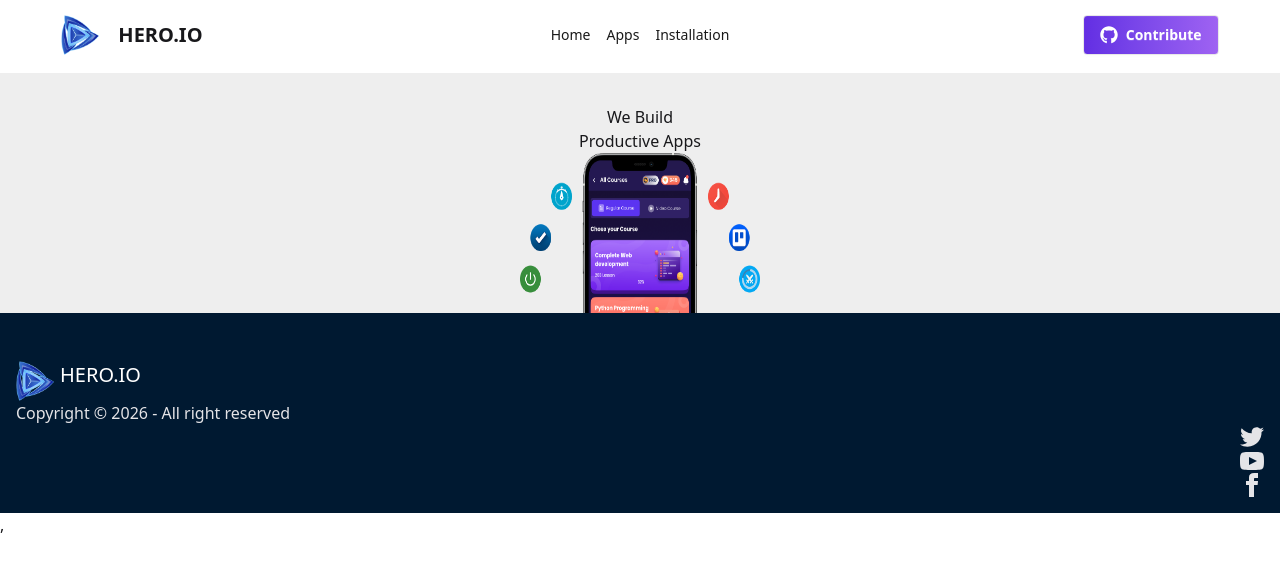
Repository: SanjidaSnigdha/Hero-app-vite-project
Page: /
These files come from the project's save history. The page is drawn as it stood at one moment and after the next save; the edit follows.
The browser window is 1280 px wide. The pictures show the whole page.
The project was rebuilt for these pictures with package versions that can differ from the ones it lists, and the page was loaded fresh each time. Also part of the build but not shown: vite.config.js, src/App.css, src/App.jsx, src/Pages/ErrorPages/ErrorPage.jsx.

Above is the page before, as saved 2026-05-23 19:53:13.

### index.html
<!doctype html>
<html data-theme="light" lang="en">
  <head>
    <meta charset="UTF-8" />
    <link rel="icon" type="image/svg+xml" href="/favicon.svg" />
    <meta name="viewport" content="width=device-width, initial-scale=1.0" />
    <title>hero-app-vite-project</title>
  </head>
  <body>
    <div id="root"></div>
    <script type="module" src="/src/main.jsx"></script>
  </body>
</html>

### src/main.jsx
import { StrictMode } from 'react'
import { createRoot } from 'react-dom/client'
import { RouterProvider } from "react-router";
import './index.css'
import App from './App.jsx'
import { router } from './Routes/Routes.jsx';



createRoot(document.getElementById('root')).render(
  <StrictMode>
      <RouterProvider router={router} />,

  </StrictMode>,
)

### src/Routes/Routes.jsx
import React from 'react';
import { createBrowserRouter } from "react-router";
import Root from '../Pages/Root/Root';
import ErrorPage from '../Pages/ErrorPages/ErrorPage';
import Home from '../Pages/Home/Home';


 export const router = createBrowserRouter([
  {
    path: "/",
    Component:Root,
    errorElement: <ErrorPage></ErrorPage>,
    children: [
        {
            index: true,
            path: "/",
            Component: Home
        }
    ]
  },
]);

### src/Pages/Root/Root.jsx
import React from 'react';
import Navbar from '../../Components/Header/Navbar';
import { Outlet } from 'react-router';
import Footer from '../../Components/Footer/Footer';

const Root = () => {
    return (
        <div>
            <Navbar></Navbar>
            <Outlet>

            </Outlet>
            <Footer></Footer>
        </div>
    );
};

export default Root;

### src/Pages/Home/Home.jsx
import React from 'react';
import Banner from '../../Components/Banner/Banner';

const Home = () => {
    return (
        <div>
            <Banner></Banner>
        </div>
    );
};

export default Home;

### src/Components/Header/Navbar.jsx
import React from 'react';
import { FaGithub } from "react-icons/fa";
import NavImg from '../../assets/logo.png'
const Navbar = () => {
  const links = (
    <>
  <li className="m-2 font-medium text-[#000000]/90">Home</li>
  <li className="m-2 font-medium text-[#000000]/90">Apps</li>
 <li className="m-2 font-medium text-[#000000]/90">Installation</li>
  </>
  );

    return (
  <div className="navbar bg-base-100 w-11/12 mx-auto">
  <div className="navbar-start">
    <div className="dropdown">
      <div tabIndex={0} role="button" className="btn btn-ghost lg:hidden">
        <svg xmlns="http://www.w3.org/2000/svg" className="h-5 w-5" fill="none" viewBox="0 0 24 24" stroke="currentColor"> <path strokeLinecap="round" strokeLinejoin="round" strokeWidth="2" d="M4 6h16M4 12h8m-8 6h16" /> </svg>
      </div>
      <ul
        tabIndex={0}
        className="menu menu-sm dropdown-content bg-base-100 rounded-box z-1 mt-3 w-52 p-2 shadow">
   {links}
      </ul>
    </div>
    <div className='flex'>
        <img src={NavImg} alt="" className='w-10 h-10' />
            <a className="btn btn-ghost text-xl text-gradient-to-r from-[#632EEF] to-[#9F62F2]">HERO.IO</a>

    </div>
  </div>
  <div className="navbar-center hidden lg:flex">
    <ul className="menu menu-horizontal px-1">
      {links}
    </ul>
  </div>
  <div className="navbar-end">
    <a
    href="https://github.com/SanjidaSnigdha/Hero-app-vite-project.git"
    target="_blank"
    rel="noopener noreferrer"
    className="btn flex items-center gap-2 rounded bg-gradient-to-r from-[#632EE3] to-[#9F62F2] text-[#FFFFFF]"
  >
    <FaGithub className="text-lg"/>
    Contribute
  </a>

  </div>
</div>
    );
  };

export default Navbar;

### src/Components/Footer/Footer.jsx
import React from 'react';
import footerImg from '../../assets/logo.png'

const Footer = () => {
    return (
       <footer class="$$footer sm:$$footer-horizontalbg-neutral text-neutral-content items-center p-4 bg-[#001931]">
  <aside class="grid-flow-col items-center mt-8">
     <div className='flex gap-1'>
            <img src={footerImg} alt="" className='w-10 h-10' />
                <a className="text-xl text-[#FFFFFF]">HERO.IO</a>

        </div>

    <p className='items-center justify-center'>Copyright © {new Date().getFullYear()} - All right reserved</p>
  </aside>
  <nav class="grid-flow-col gap-4 md:place-self-center md:justify-self-end">
    <a className='flex'>
      <svg
        xmlns="http://www.w3.org/2000/svg"
        width="24"
        height="24"
        viewBox="0 0 24 24"
        class="fill-current">
        <path
          d="M24 4.557c-.883.392-1.832.656-2.828.775 1.017-.609 1.798-1.574 2.165-2.724-.951.564-2.005.974-3.127 1.195-.897-.957-2.178-1.555-3.594-1.555-3.179 0-5.515 2.966-4.797 6.045-4.091-.205-7.719-2.165-10.148-5.144-1.29 2.213-.669 5.108 1.523 6.574-.806-.026-1.566-.247-2.229-.616-.054 2.281 1.581 4.415 3.949 4.89-.693.188-1.452.232-2.224.084.626 1.956 2.444 3.379 4.6 3.419-2.07 1.623-4.678 2.348-7.29 2.04 2.179 1.397 4.768 2.212 7.548 2.212 9.142 0 14.307-7.721 13.995-14.646.962-.695 1.797-1.562 2.457-2.549z"></path>
      </svg>
    </a>
    <a>
      <svg
        xmlns="http://www.w3.org/2000/svg"
        width="24"
        height="24"
        viewBox="0 0 24 24"
        class="fill-current">
        <path
          d="M19.615 3.184c-3.604-.246-11.631-.245-15.23 0-3.897.266-4.356 2.62-4.385 8.816.029 6.185.484 8.549 4.385 8.816 3.6.245 11.626.246 15.23 0 3.897-.266 4.356-2.62 4.385-8.816-.029-6.185-.484-8.549-4.385-8.816zm-10.615 12.816v-8l8 3.993-8 4.007z"></path>
      </svg>
    </a>
    <a>
      <svg
        xmlns="http://www.w3.org/2000/svg"
        width="24"
        height="24"
        viewBox="0 0 24 24"
        class="fill-current">
        <path
          d="M9 8h-3v4h3v12h5v-12h3.642l.358-4h-4v-1.667c0-.955.192-1.333 1.115-1.333h2.885v-5h-3.808c-3.596 0-5.192 1.583-5.192 4.615v3.385z"></path>
      </svg>
    </a>
  </nav>
</footer>
    );
};

export default Footer;

### src/Components/Banner/Banner.jsx
import React from 'react';
import bannerImg from '../../assets/hero copy.png'

const Banner = () => {
    return (
        <div className='justify-center items-center text-center flex flex-col mt-1 bg-base-300'>
            <h1 className='mt-8'>We Build <br /><span>Productive </span>Apps</h1>
            <img src={bannerImg} alt="" className='w-60 h-40'/>
        </div>
    );
};

export default Banner;

Loaded but not shown: src/index.css (common file)

After the next save:
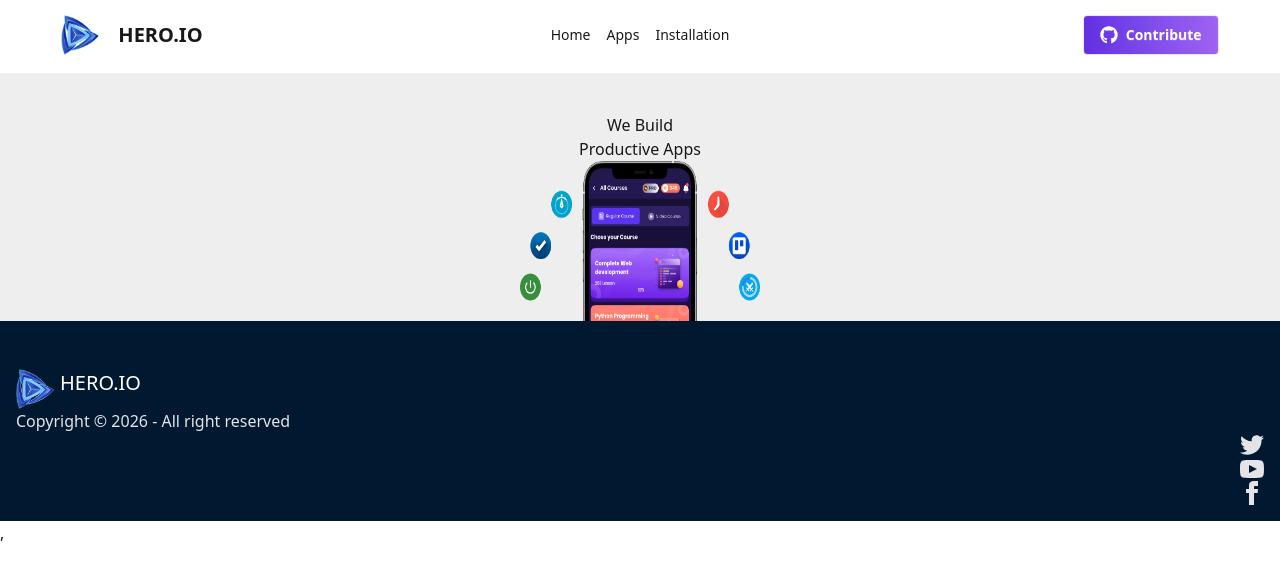
Saved 33 s later.
--- a/src/Components/Banner/Banner.jsx
+++ b/src/Components/Banner/Banner.jsx
@@ -4,7 +4,7 @@
 const Banner = () => {
     return (
         <div className='justify-center items-center text-center flex flex-col mt-1 bg-base-300'>
-            <h1 className='mt-8'>We Build <br /><span>Productive </span>Apps</h1>
+            <h1 className='mt-10'>We Build <br /><span>Productive </span>Apps</h1>
             <img src={bannerImg} alt="" className='w-60 h-40'/>
         </div>
     );
